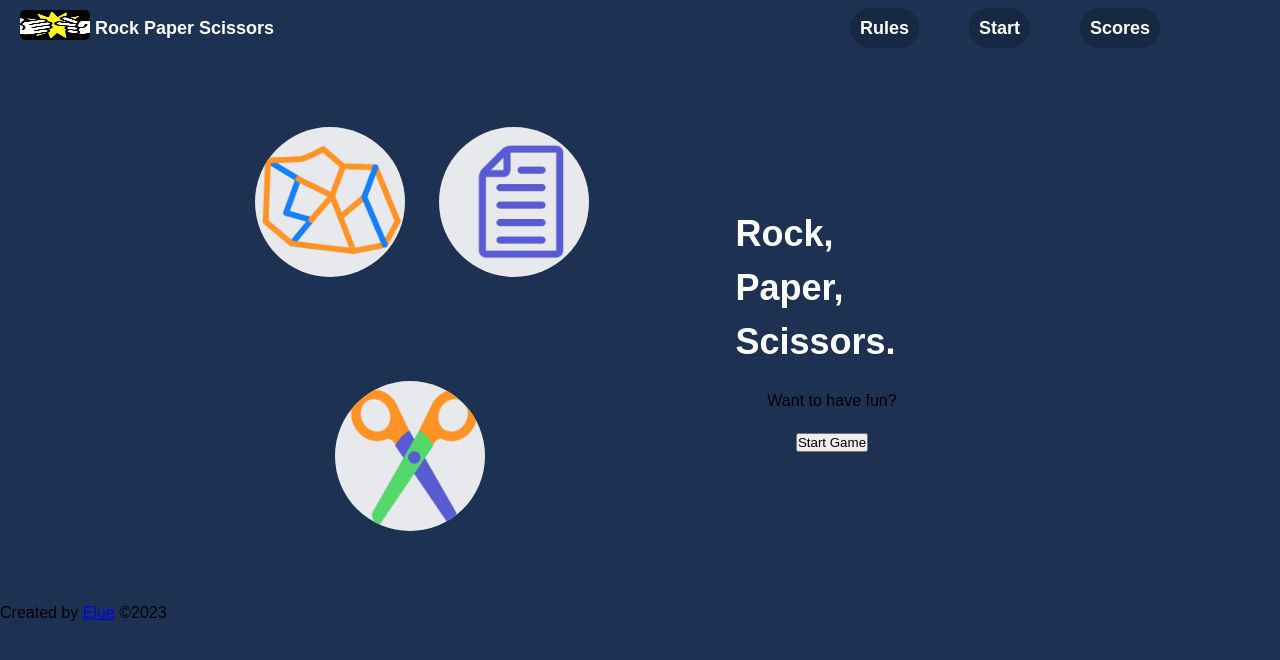
Repository: MikkyPrestige/rock-paper-scissors
Page: index.html
These files come from the project's save history. The page is drawn as it stood at one moment and after the next save; the edit follows.
The browser window is 1280 px wide. The pictures show the whole page.

Above is the page before, as saved 2023-05-08 04:57:43.

### index.html
<!DOCTYPE html>
<html lang="en">

<head>
  <meta charset="UTF-8">
  <meta http-equiv="X-UA-Compatible" content="IE=edge">
  <meta name="viewport" content="width=device-width, initial-scale=1.0">
  <title>Rock, Paper or Scissors Game</title>
  <link rel="stylesheet" href="./index.css">
  <!-- <script src="./index.js" defer></script> -->
</head>

<body>
  <main>
    <header>
      <figure>
        <a href="/">
          <img src="./img/logo.png" alt="Logo" class="logo">
        </a>
        <figcaption>Rock Paper Scissors</figcaption>
      </figure>
      <nav>
        <ul>
          <li><a href="#">Rules</a></li>
          <li><a href="#">Start</a></li>
          <li><a href="#">Scores</a></li>
        </ul>
      </nav>
    </header>
    <section class="home">
      <div class="images">
        <img src="./img/Rock.gif" alt="Rock image" class="img rock">
        <img src="./img/Paper.gif" alt="Paper image" class="img paper">
        <img src="./img/Scissors.gif" alt="Scissors image" class="img scissors">
      </div>
      <div class="content">
        <h1><span class="content-rock">Rock,</span> Paper, <span class="content-scissors">Scissors.</span></h1>
        <p>Want to have <span>fun?</span></p>
        <button type="submit" class="btn">Start Game</button>
      </div>
    </section>

    <footer>
      <p>Created by <a href="#" target="_blank">Elue</a> &copy;2023</p>
    </footer>
  </main>
</body>

</html>

### index.css
*,
*::after,
*::before {
  box-sizing: border-box;
  margin: 0;
  padding: 0;
}

html {
  font-size: 62.5%;
}

body {
  font-family: "Fira Sans", sans-serif;
  font-size: 1.6rem;
  line-height: 1.5;
  background: rgba(29, 50, 83, 1);
  width: 100%;
  height: 100%;
}

main {
  display: flex;
  flex-direction: column;
  justify-content: center;
  gap: 2rem;
  height: 100%;
  width: 100%;
}

header {
  display: flex;
  justify-content: space-between;
  align-items: center;
  padding: 1rem 2rem;
  width: 100%;
  height: auto;
}

figure {
  display: flex;
  align-items: center;
  gap: .5rem;
  height: auto;
}

.logo {
  width: 7rem;
  height: 3rem;
  border-radius: .5rem;
  -webkit-border-radius: .5rem;
  -moz-border-radius: .5rem;
  -ms-border-radius: .5rem;
  -o-border-radius: .5rem;
}

figcaption {
  font-size: 1.8rem;
  font-weight: 600;
  color: rgba(255, 255, 255, 1);
}

nav {
  height: auto;
  margin-right: 10rem;
}

ul {
  display: flex;
  justify-content: center;
  align-items: center;
  gap: 5rem;
  list-style: none;
}

li a {
  font-size: 1.8rem;
  font-weight: 600;
  color: rgba(255, 255, 255, 1);
  background: linear-gradient(0deg, rgba(0, 0, 0, 0.2), rgba(0, 0, 0, 0.2)), #1D3253;
  text-decoration: none;
  padding: 1rem;
  border-radius: 2rem;
}

li a:hover {
  background: rgba(255, 255, 255, 1);
  color: rgba(29, 50, 83, 1);
  text-decoration: underline;
}

.home {
  display: flex;
  justify-content: center;
  align-items: center;
  width: 100%;
  height: 70vh;
}

.images {
  position: relative;
  height: 100%;
  flex-basis: 30%;
}

.img {
  background: rgba(253, 253, 253, 0.9);
  border-radius: 50%;
  -webkit-border-radius: 50%;
  -moz-border-radius: 50%;
  -ms-border-radius: 50%;
  -o-border-radius: 50%;
  width: 15rem;
  height: 15rem;
}

.rock {
  position: absolute;
  top: 5rem;
  left: 0rem;
}

.paper {
  position: absolute;
  top: 5rem;
  right: 5rem;
}

.scissors {
  position: absolute;
  bottom: 5rem;
  left: 8rem;
}

.content {
  display: flex;
  flex-direction: column;
  justify-content: center;
  align-items: center;
  gap: 2rem;
}

h1 {
  font-size: 3.6rem;
  font-weight: 600;
  color: rgba(255, 255, 255, 1);
  width: 50%;
}

After the next save:
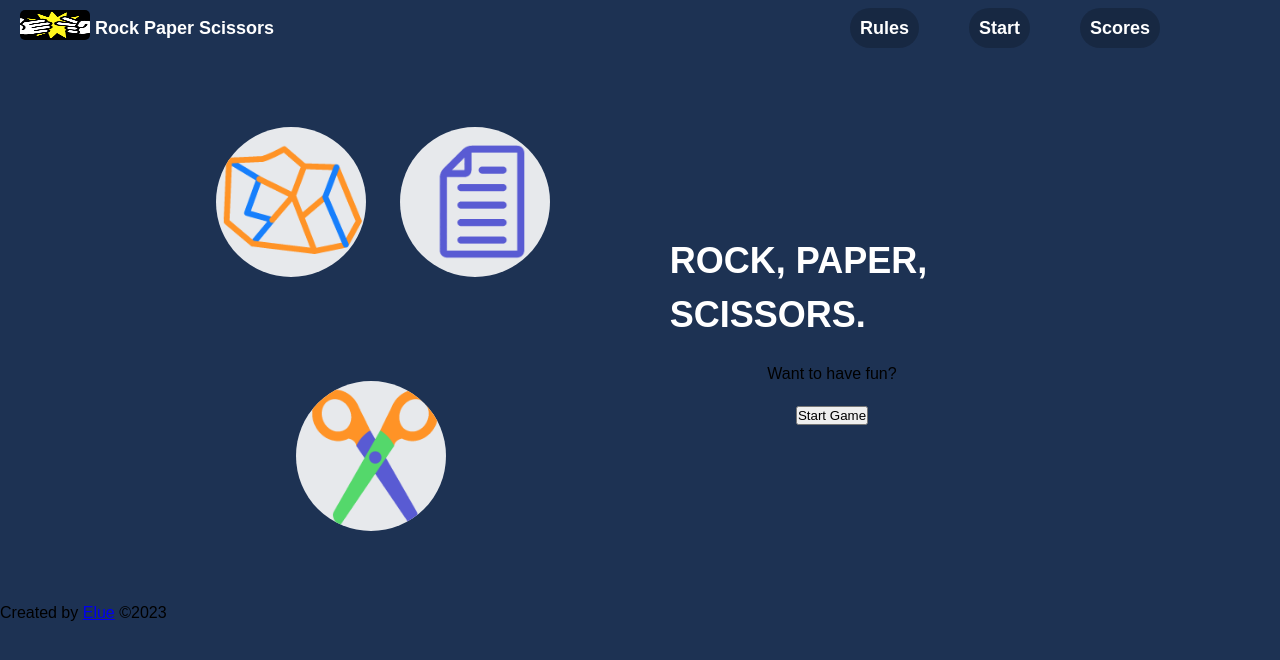
Saved 17 s later.
--- a/index.css
+++ b/index.css
@@ -144,5 +144,6 @@ h1 {
   font-size: 3.6rem;
   font-weight: 600;
   color: rgba(255, 255, 255, 1);
-  width: 50%;
+  width: 70%;
+  text-transform: uppercase;
 }
